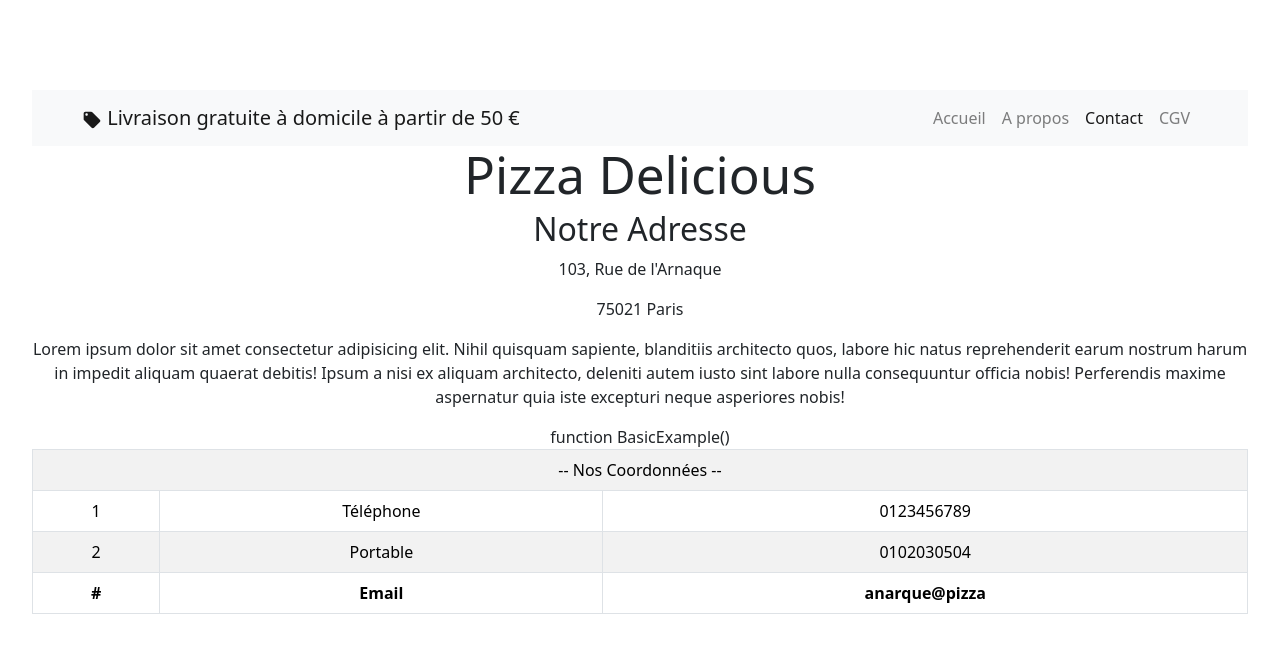
Repository: IchibanDZ/afpadev
Page: /contact (app in Desktop/dev/Pizza/)
These files come from the project's save history. The page is drawn as it stood at one moment and after a run of saves; the edit follows.
The browser window is 1280 px wide. The pictures show the whole page.
The project was rebuilt for these pictures with package versions that can differ from the ones it lists, and the page was loaded fresh each time. Also part of the build but not shown: Desktop/dev/Pizza/vite.config.js, Desktop/dev/Pizza/src/components/header/header.css, Desktop/dev/Pizza/src/components/home/home.css, Desktop/dev/Pizza/src/components/about/About.css, Desktop/dev/Pizza/app_pizzeria/pizza-data.js, Desktop/dev/Pizza/src/components/about/About.jsx, Desktop/dev/Pizza/src/components/home/Home.jsx, Desktop/dev/Pizza/src/components/Apropos/Apropos.jsx and 1 more.

Above is the page before, as saved 2024-08-22 11:10:46.

After the next 2 saves:
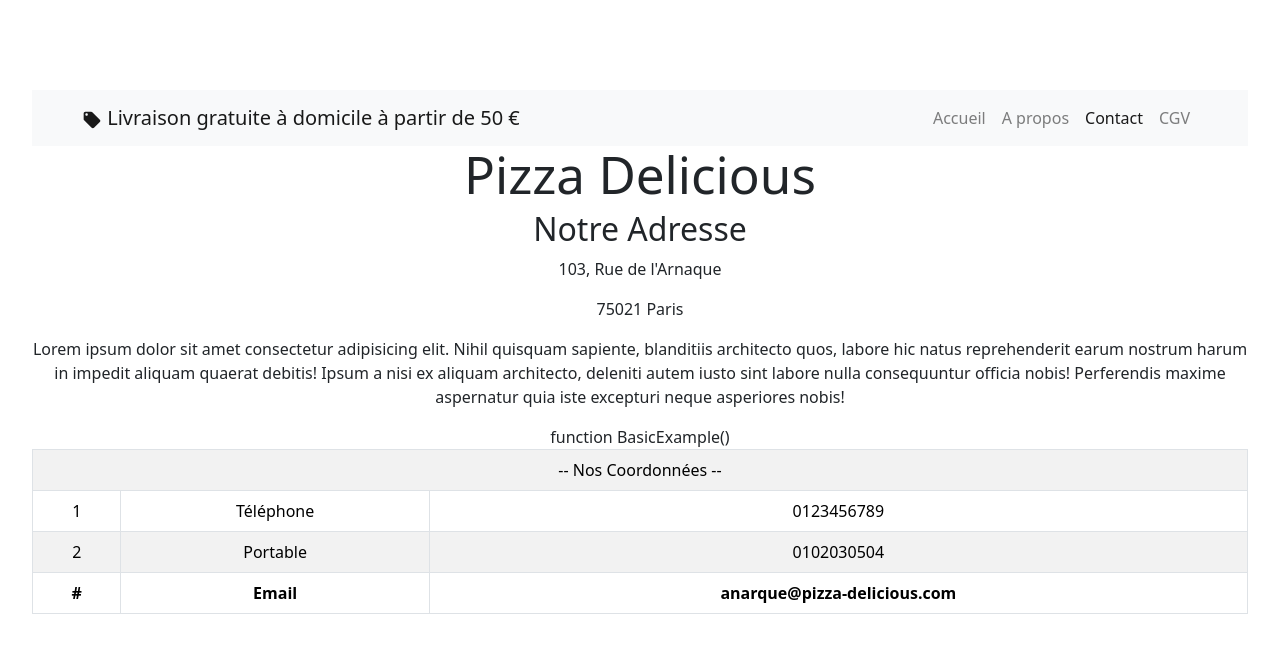
The 2 saves are shown as one change because they came seconds apart.
The last was saved 7 s later.
--- a/Desktop/dev/Pizza/src/components/contact/Contact.jsx
+++ b/Desktop/dev/Pizza/src/components/contact/Contact.jsx
@@ -35,7 +35,7 @@ const Contact = () => {
         <tr>
           <th>#</th>
           <th>Email</th>
-          <th>anarque@pizza</th>
+          <th>anarque@pizza-delicious.com</th>
 
         </tr>
 
